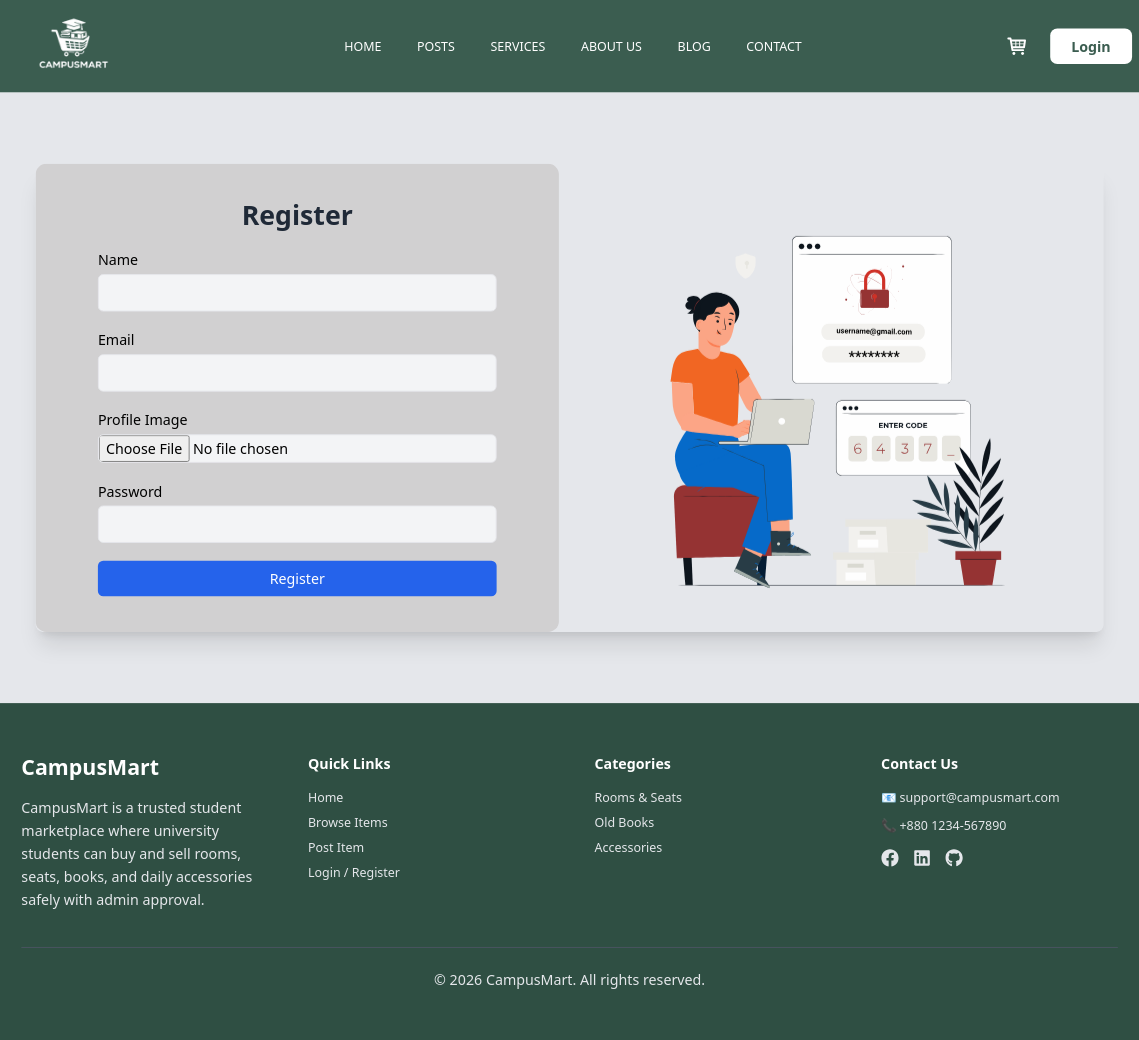
Repository: jahidhasanri/CAMPUSMART
Page: /register
The author's editor kept a copy of each file at every save. The page is drawn from the files as they stood at one save, then again after the next save.
The browser window is 1280 px wide. The pictures show the whole page, at 89% of full size.
The project was rebuilt for these pictures with package versions that can differ from the ones it lists, and the page was loaded fresh each time. Also part of the build but not shown: vite.config.js, src/components/Banner.jsx, src/Pages/Home.jsx, src/Pages/Login.jsx.

Above is the page before, as saved 2026-01-13 23:39:33.

### index.html
<!doctype html>
<html lang="en">
  <head>
    <meta charset="UTF-8" />
    <link rel="icon" type="image/svg+xml" href="/vite.svg" />
    <meta name="viewport" content="width=device-width, initial-scale=1.0" />
    <title>campusmart</title>
  </head>
  <body>
    <div id="root"></div>
    <script type="module" src="/src/main.jsx"></script>
  </body>
</html>

### src/main.jsx
import { StrictMode } from 'react'
import { createRoot } from 'react-dom/client'
import './index.css'
import { RouterProvider } from 'react-router-dom'
import Router from './router/Router.jsx'


createRoot(document.getElementById('root')).render(
  <StrictMode>
    <RouterProvider router={Router} />
  </StrictMode>,
)

### src/router/Router.jsx
import { createBrowserRouter } from "react-router-dom";
import Home from "../Pages/Home.jsx";
import Main from "../components/Main.jsx";
import Login from "../Pages/Login.jsx";
import Register from "../Pages/Register.jsx";


const Router = createBrowserRouter([
  {
    path: "/",
    element: <Main></Main>,
    children:[
        {
            index:true,
            element:<Home></Home>
        },
        {
          path:"/login",
          element:<Login></Login>
        },
        {
          path:"/register",
          element:<Register></Register>
        }
    ]
  },
]);

export default Router;

### src/components/Main.jsx
import React from 'react';
import { Outlet } from 'react-router-dom';
import Navbar from './Navbar';
import Footer from './Footer';

const Main = () => {
    return (
        <div className=''>
            <Navbar></Navbar>
            <div className="min-h-[calc(100vh-422px)]">

            <Outlet></Outlet>
            </div>
            <Footer></Footer>
        </div>
    );
};

export default Main;

### src/Pages/Register.jsx
// import React, { useContext, useState } from 'react';
import { FaEye, FaEyeSlash } from 'react-icons/fa';
// import { toast } from 'react-toastify';
// import axios from 'axios';
// import { useNavigate } from 'react-router-dom';
// import { updateProfile } from 'firebase/auth';
import loginAnimation from '../json/success.json';
import Lottie from 'lottie-react';


const Register = () => {
//  const [preview, setPreview] = useState(null);
//  const [showPassword, setShowPassword] = useState(false);
//  const [error, setError] = useState("");
//  const { handelWithRegister, SetUser } = useContext(AuthContext);
//  const navigate = useNavigate();


//  const handleRegister = async (e) => {
//   e.preventDefault();
//   const form = e.target;
//   const name = form.name.value;
//   const email = form.email.value;
//   const password = form.password.value;
//   const image = form.image.files[0];

//   setError("");

//   try {
//     // Step 1: Firebase Register
//     const result = await handelWithRegister(email, password);

//     // Step 2: Image Upload
//     const formData = new FormData();
//     formData.append("image", image);

//     const imgRes = await axios.post(
//       `https://api.imgbb.com/1/upload?key=8be0cdd4b85b2bb02d8b738407647b48`,
//       formData
//     );

//     const imageUrl = imgRes.data.data.url;

//     // Step 3: Update Profile
//     await updateProfile(result.user, {
//       displayName: name,
//       photoURL: imageUrl,
//     });

//     // Step 4: Save to Database
//     await axios.post("https://resturent-management-server-three.vercel.app/users", {
//       name,
//       email,
//       image: imageUrl,
//       role: "user",
//     });

//     // Step 5: Set Context
//     SetUser({
//       email,
//       displayName: name,
//       photoURL: imageUrl,
//     });

//     toast.success("Registration successful!");
//     form.reset();
//     setPreview(null);
//     navigate("/");
//   } catch (err) {
//     console.log("Registration error: ", err);
//     toast.error("Registration failed!");
//   }
// };



//  const handleImageChange = (e) => {
//    const file = e.target.files[0];
//    if (file) {
//      setPreview(URL.createObjectURL(file));
//    }
//  };


 return (
   <div className="bg-gray-200 py-10 md:py-20 flex items-center justify-center px-4">
     <div className="w-full max-w-[1200px] h-auto grid grid-cols-1 sm:grid-cols-1 md:grid-cols-2 lg:grid-cols-2 xl:grid-cols-2 gap-6 items-center bg-cover bg-center rounded-lg overflow-hidden shadow-xl">

       {/* Form Section */}
       <div className="h-full rounded-xl flex items-center justify-center bg-[#c9c5c5ac] p-6 md:p-10">
         <form  className="w-full max-w-md space-y-5">
           <h2 className="text-3xl font-bold mb-4 text-center text-gray-800">Register</h2>


           {/* Name Field */}
           <div>
             <label htmlFor="name" className="block mb-1 font-medium">Name</label>
             <input
               type="text"
               name="name"
               id="name"
               required
               className="w-full px-4 py-2 border rounded-md bg-gray-100 focus:ring-2 focus:ring-blue-500 focus:border-blue-500"
             />
           </div>


           {/* Email Field */}
           <div>
             <label htmlFor="email" className="block mb-1 font-medium">Email</label>
             <input
               type="email"
               name="email"
               id="email"
               required
               className="w-full px-4 py-2 border rounded-md bg-gray-100 focus:ring-2 focus:ring-blue-500 focus:border-blue-500"
             />
           </div>


           {/* Image Upload */}
           <div>
             <label htmlFor="image" className="block mb-1 font-medium">Profile Image</label>
             <input
               type="file"
               name="image"
               id="image"
               accept="image/*"
               required
            //    onChange={handleImageChange}
               className="w-full border rounded-md bg-gray-100 focus:ring-2 focus:ring-blue-500"
             />
             {/* {preview && (
               <img src={preview} alt="Preview" className="mt-2 w-24 h-24 object-cover rounded-full border" />
             )} */}
           </div>


           {/* Password Field */}
           <div className="relative">
             <label htmlFor="password" className="block mb-1 font-medium">Password</label>
             <input
            //    type={showPassword ? "text" : "password"}
            type='password'
               name="password"
               id="password"
               required
               className="w-full px-4 py-2 border rounded-md bg-gray-100 pr-10 focus:ring-2 focus:ring-blue-500 focus:border-blue-500"
             />
             <span
               className="absolute top-10 right-3 cursor-pointer text-gray-600"
            //    onClick={() => setShowPassword(!showPassword)}
             >
               {/* {showPassword ? <FaEyeSlash /> : <FaEye />} */}
             </span>
           </div>


           {/* Error Message */}
           {/* {error && <p className="text-red-600 text-sm">{error}</p>} */}


           {/* Submit Button */}
           <button
             type="submit"
             className="w-full bg-blue-600 text-white py-2 rounded-md hover:bg-blue-700 transition"
           >
             Register
           </button>
         </form>
       </div>


       {/* Animation Section */}
       <div className="w-full flex justify-center items-center p-4 md:p-0">
         <Lottie animationData={loginAnimation} loop={true} style={{ width: "100%", height: "100%", maxWidth: 400, maxHeight: 400 }} />
       </div>


     </div>
   </div>
 );
};


export default Register;

### src/components/Category.jsx
/* eslint-disable no-unused-vars */

import { motion } from "framer-motion";
import { FaHome, FaBook, FaShoppingBag } from "react-icons/fa";

const categories = [
  {
    title: "Rooms & Seats",
    desc: "Find or rent rooms and seats near your campus easily.",
    icon: <FaHome />,
  },
  {
    title: "Old Books",
    desc: "Buy and sell previous semester books at affordable prices.",
    icon: <FaBook />,
  },
  {
    title: "Accessories",
    desc: "Daily student essentials like bags, calculators, gadgets & more.",
    icon: <FaShoppingBag />,
  },
];

const fadeUp = {
  hidden: { opacity: 0, y: 60 },
  visible: {
    opacity: 1,
    y: 0,
    transition: {
      duration: 0.7,
      ease: "easeOut",
    },
  },
};

const Categories = () => {
  return (
    <section className="py-20 bg-[#f5f7f6]">
      <div className="max-w-[1300px] mx-auto px-6">

        {/* TITLE */}
        <motion.div
          variants={fadeUp}
          initial="hidden"
          whileInView="visible"
          viewport={{ once: true }}
          className="text-center mb-16"
        >
          <h2 className="text-3xl md:text-4xl font-bold text-gray-800 mb-4">
            Browse by Category
          </h2>
          <p className="text-gray-600 max-w-xl mx-auto">
            Explore categories specially designed for university students.
          </p>
        </motion.div>

        {/* CARDS */}
        <div className="grid grid-cols-1 md:grid-cols-2 lg:grid-cols-3 gap-10">
          {categories.map((item, index) => (
            <motion.div
              key={index}
              variants={fadeUp}
              initial="hidden"
              whileInView="visible"
              viewport={{ once: true }}
              transition={{ delay: index * 0.15 }}
              className="bg-white rounded-2xl p-8 shadow-md hover:shadow-lg transition-shadow duration-300"
            >
              <div className="text-4xl text-[#3b5d50] mb-6">
                {item.icon}
              </div>

              <h3 className="text-xl font-semibold text-gray-800 mb-3">
                {item.title}
              </h3>

              <p className="text-gray-600 text-sm leading-relaxed">
                {item.desc}
              </p>
            </motion.div>
          ))}
        </div>

      </div>
    </section>
  );
};

export default Categories;

### src/components/HowItWorks.jsx
/* eslint-disable no-unused-vars */
import { useState } from "react";
import { motion, AnimatePresence } from "framer-motion";
import { FaUserPlus, FaUpload, FaCheckCircle, FaHandshake, FaSearch, FaInfoCircle, FaPhone, FaShoppingCart } from "react-icons/fa";

const sellerSteps = [
  { id: 1, icon: <FaUserPlus />, title: "Register / Login", desc: "Create your student account to start selling rooms, books, or accessories." },
  { id: 2, icon: <FaUpload />, title: "Post Your Item", desc: "Add rooms, books, seats, or accessories for sale, submit for admin approval." },
  { id: 3, icon: <FaCheckCircle />, title: "Admin Approval", desc: "Admin reviews and approves your post before it goes live." },
  { id: 4, icon: <FaHandshake />, title: "Connect & Deal", desc: "Once approved, buyers can contact you to complete the transaction safely." },
];

const buyerSteps = [
  { id: 1, icon: <FaSearch />, title: "Browse Items", desc: "Explore available rooms, books, and accessories inside your campus." },
  { id: 2, icon: <FaInfoCircle />, title: "Check Details", desc: "See post info, price, location, and ensure it is admin approved." },
  { id: 3, icon: <FaPhone />, title: "Connect With Seller", desc: "Contact the seller safely to negotiate or ask questions." },
  { id: 4, icon: <FaShoppingCart />, title: "Buy / Rent", desc: "Complete the transaction and enjoy your new item." },
];

const fadeUp = {
  hidden: { opacity: 0, y: 60 },
  visible: { opacity: 1, y: 0, transition: { duration: 0.7, ease: "easeOut" } },
};

const HowItWorks = () => {
  const [activeTab, setActiveTab] = useState("seller");

  const steps = activeTab === "seller" ? sellerSteps : buyerSteps;

  return (
    <section className="py-20 bg-white">
      <div className="max-w-[1300px] mx-auto px-6">

        {/* SECTION TITLE + TAB */}
        <motion.div
          variants={fadeUp}
          initial="hidden"
          whileInView="visible"
          viewport={{ once: true }}
          className="text-center mb-12"
        >
          <h2 className="text-3xl md:text-4xl font-bold text-gray-800 mb-4">
            How CampusMart Works
          </h2>
          <p className="text-gray-600 max-w-xl mx-auto">
            Simple steps for both sellers and buyers inside your university community.
          </p>

          {/* Tabs */}
          <div className="flex justify-center gap-6 mt-6">
            <button
              className={`px-5 py-2 rounded-full font-semibold ${activeTab === "seller" ? "bg-[#3b5d50] text-white" : "bg-gray-200 text-gray-800"}`}
              onClick={() => setActiveTab("seller")}
            >
              Seller
            </button>
            <button
              className={`px-5 py-2 rounded-full font-semibold ${activeTab === "buyer" ? "bg-[#3b5d50] text-white" : "bg-gray-200 text-gray-800"}`}
              onClick={() => setActiveTab("buyer")}
            >
              Buyer
            </button>
          </div>
        </motion.div>

        {/* Steps Grid */}
        <div className="grid grid-cols-1 md:grid-cols-2 lg:grid-cols-4 gap-10">
          <AnimatePresence mode="wait">
            {steps.map((step, index) => (
              <motion.div
                key={step.id}
                variants={fadeUp}
                initial="hidden"
                whileInView="visible"
                exit={{ opacity: 0, y: 40, transition: { duration: 0.3 } }}
                viewport={{ once: true }}
                transition={{ delay: index * 0.15 }}
                className="bg-[#f5f7f6] p-8 rounded-2xl shadow-md hover:shadow-lg transition-shadow duration-300 text-center"
              >
                <div className="text-5xl text-[#3b5d50] mb-6">{step.icon}</div>
                <h3 className="text-xl font-semibold text-gray-800 mb-3">{step.title}</h3>
                <p className="text-gray-600 text-sm leading-relaxed">{step.desc}</p>
              </motion.div>
            ))}
          </AnimatePresence>
        </div>
      </div>
    </section>
  );
};

export default HowItWorks;

### src/components/Navbar.jsx

import { useState } from "react";
import { Link } from "react-router-dom";
import { TiShoppingCart } from "react-icons/ti";
import { HiMenuAlt3, HiX } from "react-icons/hi";

const Navbar = () => {
  const [menuOpen, setMenuOpen] = useState(false);

  const navLinks = [
    { name: "HOME", path: "/" },
    { name: "POSTS", path: "/products" },
    { name: "SERVICES", path: "/services" },
    { name: "ABOUT US", path: "/about" },
    { name: "BLOG", path: "/blog" },
    { name: "CONTACT", path: "/contact" },
  ];

  return (
    <header className="bg-[#3b5d50] text-white">
      <div className="max-w-[1300px]  mx-auto px-2 py-5">
        <div className="flex items-center justify-between h-16">

          {/* Logo */}
         <Link href={'/'}>
          <img src="/images/campu_logo-removebg-preview.png" className="w-[150px] h-26" alt="Green Nest Logo" />
         </Link>

          {/* Desktop Menu (lg only) */}
          <ul className="hidden lg:flex gap-10 font-normal text-sm">
            {navLinks.map((link) => {
              return (
                <li key={link.path}>
                  <Link
                    href={link.path}
                    className={`pb-1 transition-all duration-300`}
                  >
                    {link.name}
                  </Link>
                </li>
              );
            })}
          </ul>

          {/* Cart + Login (md and up) */}
          <Link href={'/login'} className="hidden md:flex items-center gap-6">
            <TiShoppingCart
              size={26}
              className="cursor-pointer hover:text-[#5a8139]"
            />
            <Link to={'/login'} className="bg-white text-[#3b5d50] px-6 py-2 rounded-lg font-semibold hover:bg-gray-200 transition">
                Login
              </Link>
          </Link>

          {/* Hamburger (md & sm only) */}
          <div className="lg:hidden">
            <button onClick={() => setMenuOpen(!menuOpen)}>
              {menuOpen ? <HiX size={28} /> : <HiMenuAlt3 size={28} />}
            </button>
          </div>
        </div>

        {/* Mobile + Tablet Menu */}
        {menuOpen && (
          <div className="lg:hidden mt-4">
            <ul className="flex flex-col gap-4 font-medium">
              {navLinks.map((link) => {
                return (
                  <li key={link.path}>
                    <Link
                      href={link.path}
                      onClick={() => setMenuOpen(false)}
                      className={`block pb-1`}
                    >
                      {link.name}
                    </Link>
                  </li>
                );
              })}
            </ul>

                <Link href={'/login'} className=" md:hidden items-center gap-6">
            <TiShoppingCart
              size={26}
              className="cursor-pointer mb-5 mt-5 hover:text-[#5a8139]"
            />
            <button className="bg-[#5a8139] mb-5 hover:bg-[#5b8139d7] px-4 py-1.5 cursor-pointer rounded">
              Login
            </button>
          </Link>

          </div>
        )}
      </div>
    </header>
  );
};

export default Navbar;

### src/components/Footer.jsx
import { FaFacebook, FaLinkedin, FaGithub } from "react-icons/fa";

const Footer = () => {
  return (
    <footer className="bg-[#2f4f43] text-gray-200">
      <div className="max-w-[1300px] mx-auto px-6 py-14">
        <div className=" grid grid-cols-1 md:grid-cols-2 lg:grid-cols-4 gap-14">

          {/* BRAND */}
          <div className="">
            <h2 className="text-2xl font-bold text-white mb-4">
              CampusMart
            </h2>
            <p className="text-[16px] leading-relaxed">
              CampusMart is a trusted student marketplace where university
              students can buy and sell rooms, seats, books, and daily
              accessories safely with admin approval.
            </p>
          </div>

          {/* QUICK LINKS */}
          <div>
            <h3 className="text-[16px] font-semibold text-white mb-4">
              Quick Links
            </h3>
            <ul className="space-y-2 text-sm">
              <li className="hover:text-white cursor-pointer">Home</li>
              <li className="hover:text-white cursor-pointer">Browse Items</li>
              <li className="hover:text-white cursor-pointer">Post Item</li>
              <li className="hover:text-white cursor-pointer">Login / Register</li>
            </ul>
          </div>

          {/* CATEGORIES */}
          <div>
            <h3 className="text-[16px] font-semibold text-white mb-4">
              Categories
            </h3>
            <ul className="space-y-2 text-sm">
              <li className="hover:text-white cursor-pointer">Rooms & Seats</li>
              <li className="hover:text-white cursor-pointer">Old Books</li>
              <li className="hover:text-white cursor-pointer">Accessories</li>
            </ul>
          </div>

          {/* CONTACT */}
          <div>
            <h3 className="text-[16px] font-semibold text-white mb-4">
              Contact Us
            </h3>
            <p className="text-sm mb-3">📧 support@campusmart.com</p>
            <p className="text-sm mb-4">📞 +880 1234-567890</p>

            <div className="flex gap-4 text-xl">
              <FaFacebook className="hover:text-white cursor-pointer" />
              <FaLinkedin className="hover:text-white cursor-pointer" />
              <FaGithub className="hover:text-white cursor-pointer" />
            </div>
          </div>

        </div>

        {/* BOTTOM */}
        <div className="border-t border-gray-600 mt-10 pt-6 text-center text-[16px]">
          © {new Date().getFullYear()} CampusMart. All rights reserved.
        </div>
      </div>
    </footer>
  );
};

export default Footer;

Loaded but not shown: src/index.css (common file); src/json/success.json (common file); tailwind.config.js (common file)

After the next save:
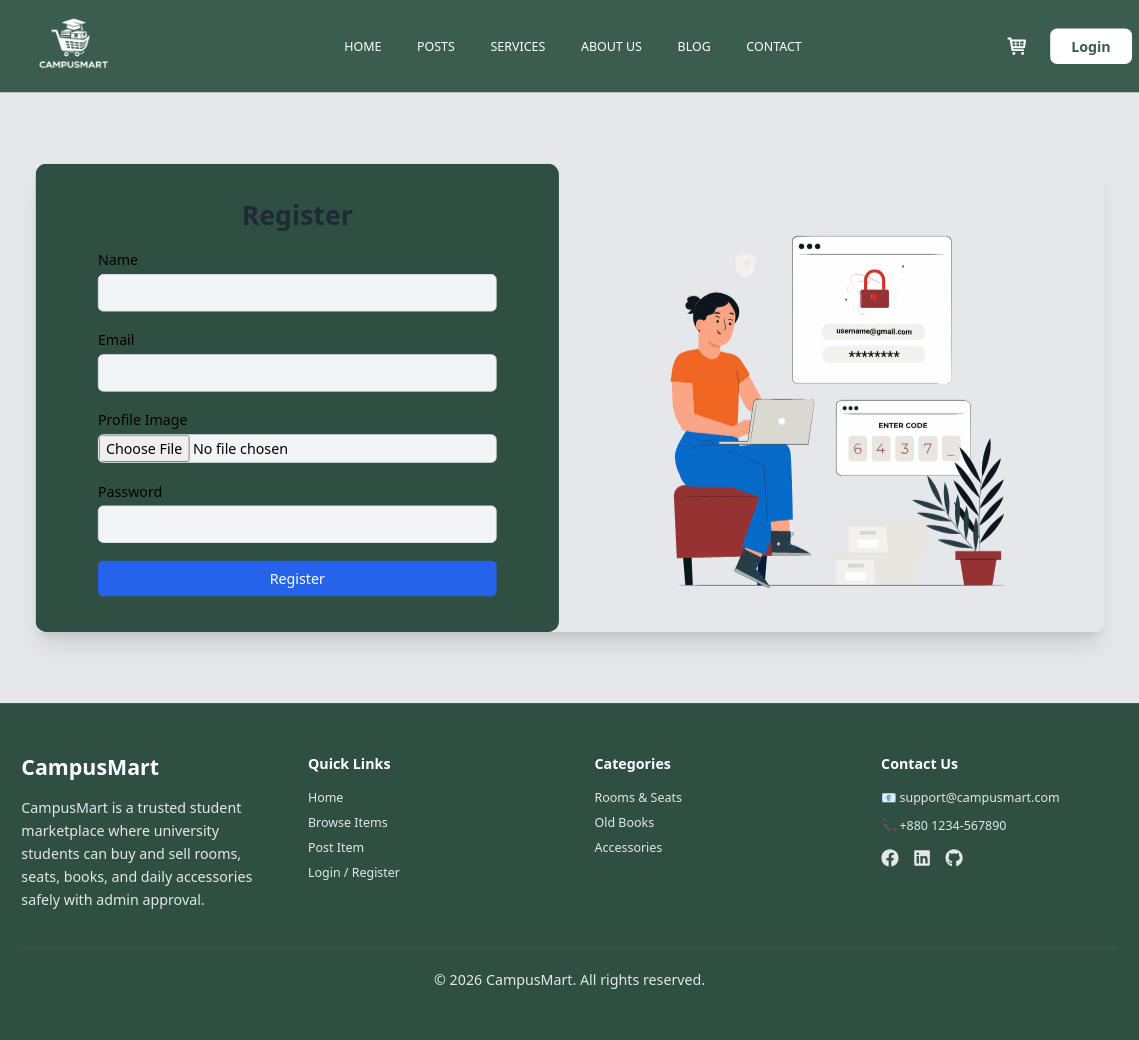
Saved 27 s later.
--- a/src/Pages/Register.jsx
+++ b/src/Pages/Register.jsx
@@ -87,7 +87,7 @@ const Register = () => {
      <div className="w-full max-w-[1200px] h-auto grid grid-cols-1 sm:grid-cols-1 md:grid-cols-2 lg:grid-cols-2 xl:grid-cols-2 gap-6 items-center bg-cover bg-center rounded-lg overflow-hidden shadow-xl">
 
        {/* Form Section */}
-       <div className="h-full rounded-xl flex items-center justify-center bg-[#c9c5c5ac] p-6 md:p-10">
+       <div className="h-full rounded-xl flex items-center justify-center bg-[#2f4f43] p-6 md:p-10">
          <form  className="w-full max-w-md space-y-5">
            <h2 className="text-3xl font-bold mb-4 text-center text-gray-800">Register</h2>
 
